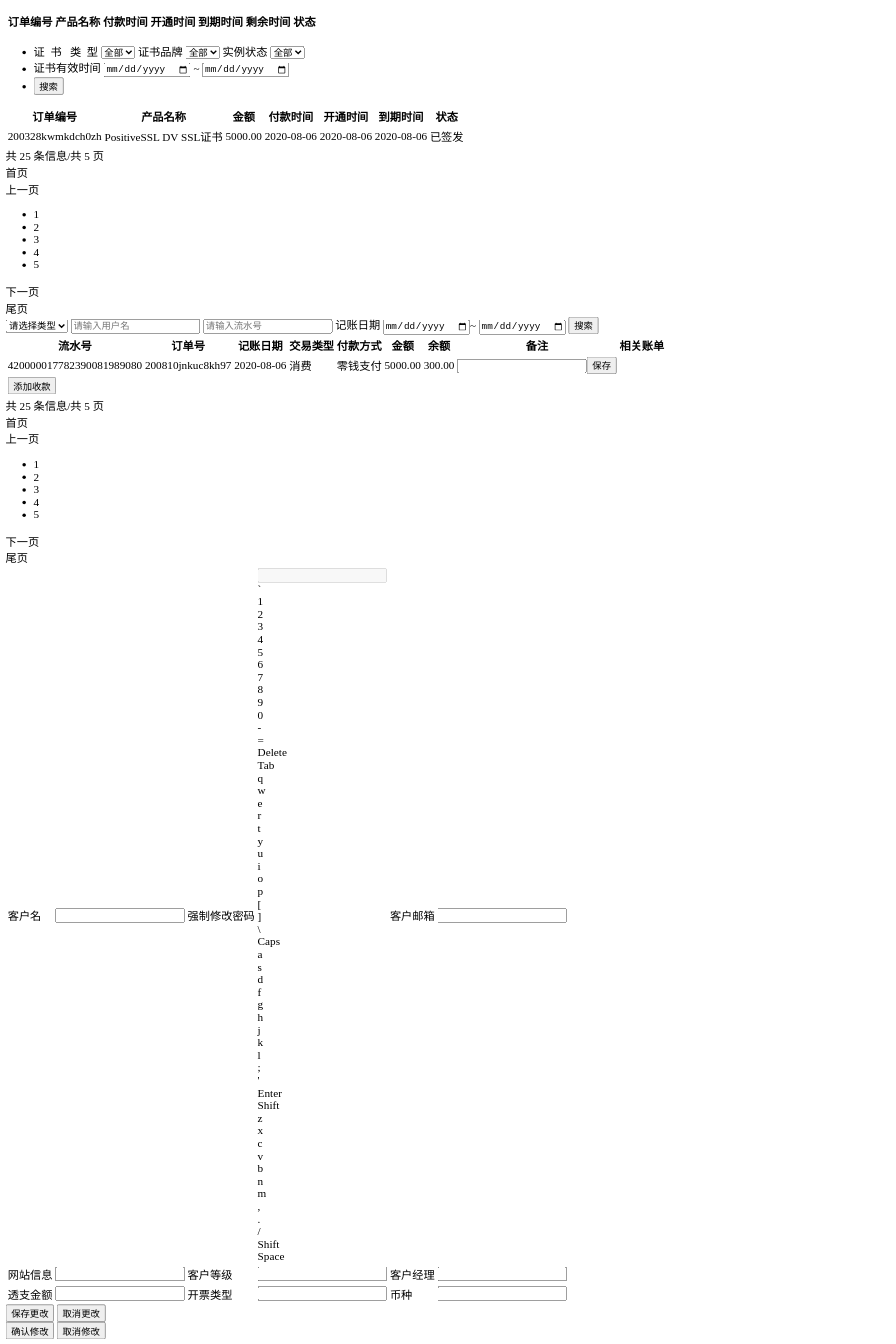
Repository: wangyan466393/racentSystem
Page: customerData.html
These files come from the project's save history. The page is drawn as it stood at one moment and after the next save; the edit follows.
The browser window is 1280 px wide. The pictures show the part of the page from y = 1588 to 3508 px (the page is 3508 px tall before and 3483 px after), at 70% of full size.

Above is the page before, as saved 2020-08-13 17:45:00.

After the next save:
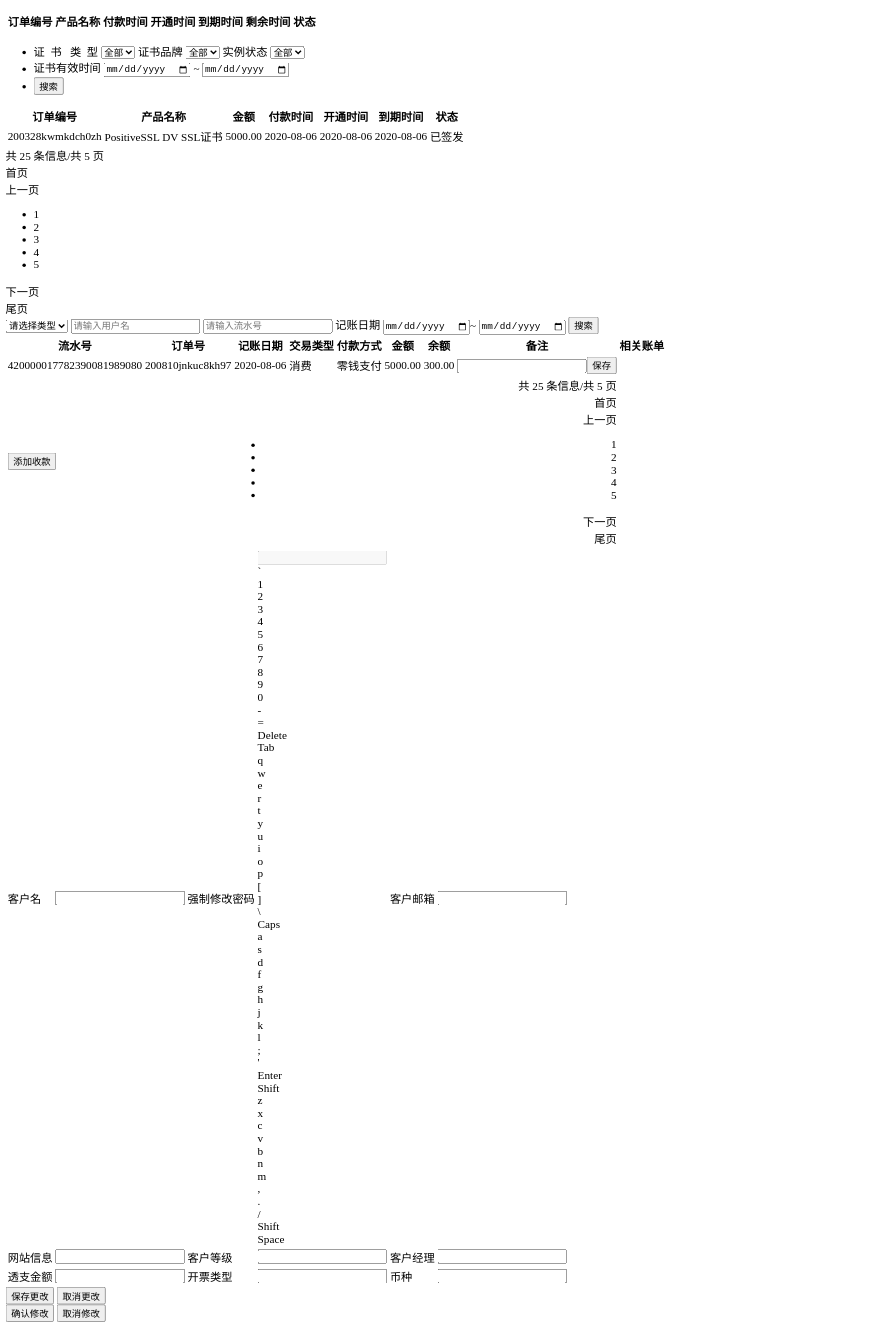
Saved 50 s later.
--- a/customerData.html
+++ b/customerData.html
@@ -426,14 +426,14 @@
                                 <button type="button">添加收款</button>
                             </td>
                             <td colspan="6" align="right">
-
+                                <div class="page">
+
+                                </div>
                             </td>
                         </tr>
                     </tfoot>
                 </table>
-                <div class="page">
-
-                </div>
+
             </div>
         </div>
         <!-- 修改等级 -->
